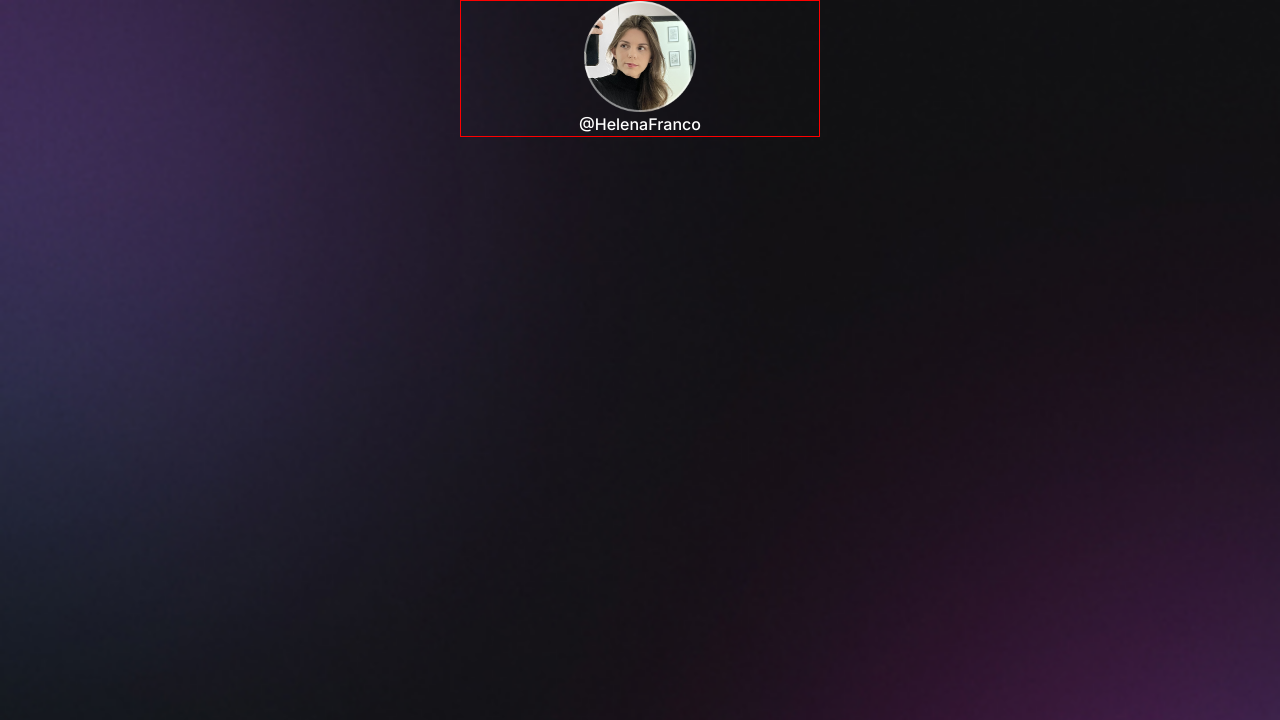
Repository: Fr4nc021/Pagina-de-links-
Page: index.html
These files come from the project's save history. The page is drawn as it stood at one moment and after the next save; the edit follows.
The browser window is 1280 px wide. The pictures show the whole page.

Above is the page before, as saved 2025-02-07 16:41:10.

After the next save:
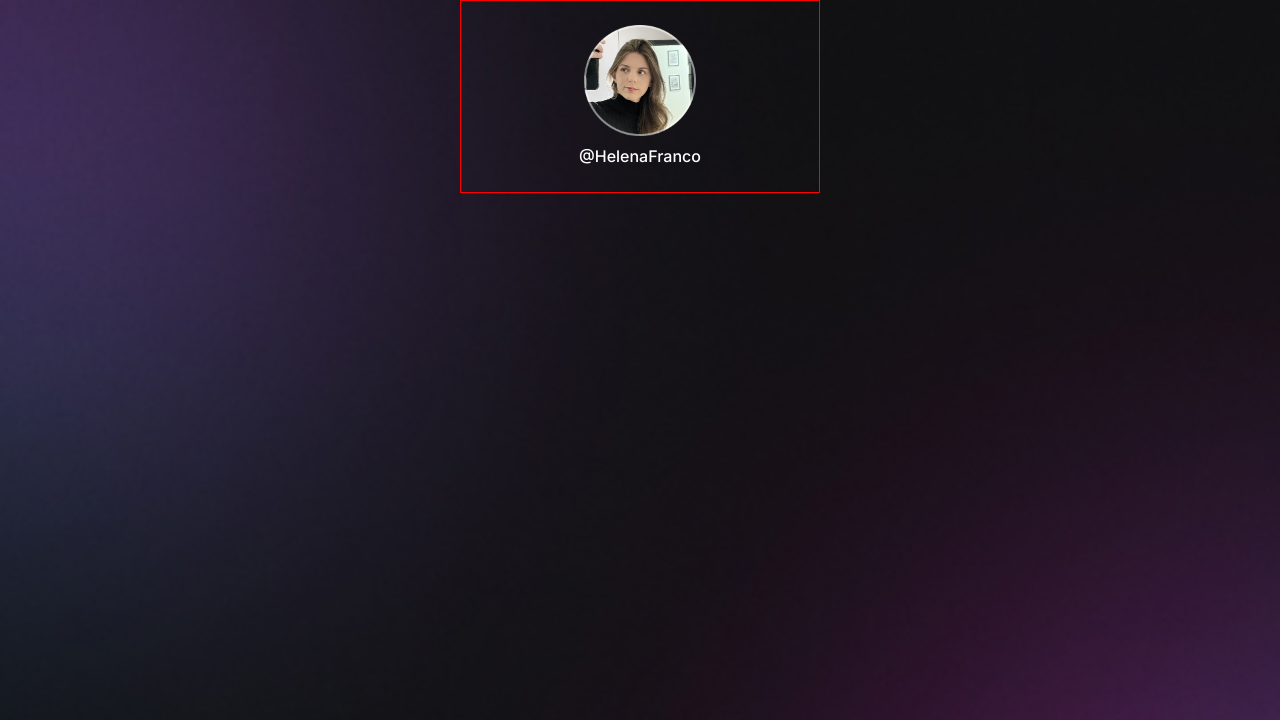
Saved 3 min 7 s later.
--- a/style.css
+++ b/style.css
@@ -27,8 +27,13 @@ body * {
 
 }
 
+#profile {
+    text-align: center;
+    padding: 24px;
+}
+
 #profile p {
-    text-align: center;
     font-weight: 500;
     line-height: 24px;
+    margin-top: 8px;
 }
